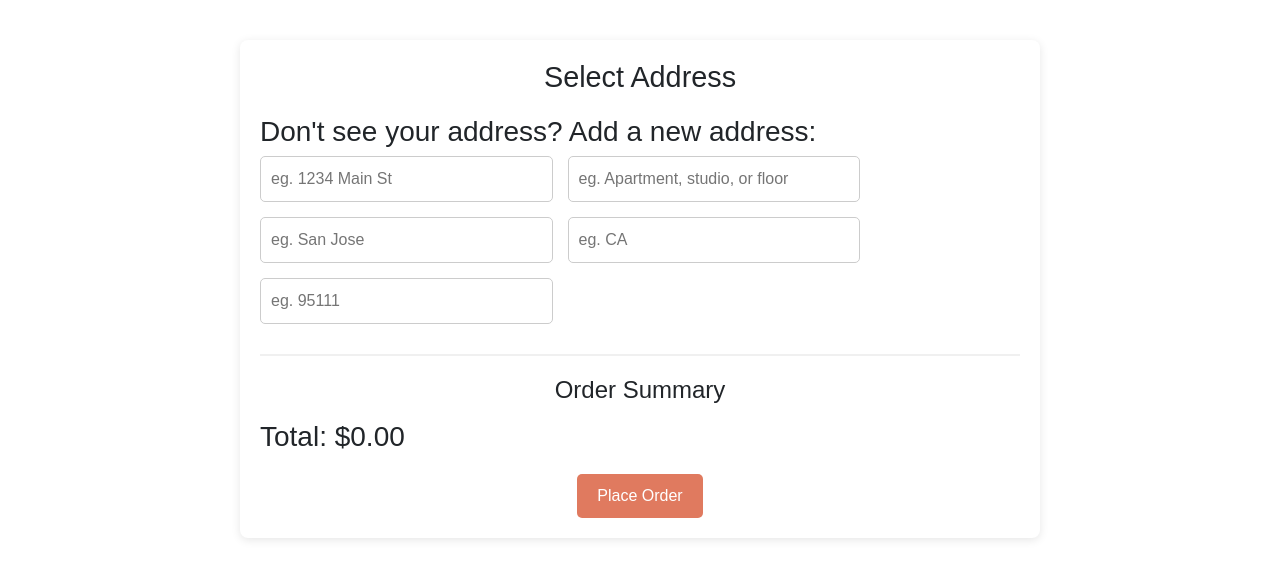
Repository: chelseajaculina/lab2-uber-eats
Page: /order (app in frontend/)
The author's editor kept a copy of each file at every save. The page is drawn from the files as they stood at one save, then again after a run of saves.
The browser window is 1280 px wide. The pictures show the whole page.
The page's requests for data from a server got no answer. The project was rebuilt for these pictures with package versions that can differ from the ones it lists, and the page was loaded fresh each time. No one was signed in, and anything a server would have sent is missing. Also part of the build but not shown: frontend/src/components/Home.css, frontend/src/components/Logout.css, frontend/src/components/Logout.js, frontend/src/components/CartModal.css, frontend/src/components/CartModal.js, frontend/src/components/NavBarHome.js, frontend/src/components/Home.js, frontend/src/components/CustomerSignUp.js and 25 more.

Above is the page before, as saved 2024-11-19 19:17:54.

### frontend/src/components/OrderPage.js
import React, { useState, useEffect } from 'react';
import { useLocation, useNavigate } from 'react-router-dom';
import './OrderPage.css';

const OrderPage = () => {
  const location = useLocation();
  const navigate = useNavigate();
  const cart = location.state?.cart || []; // Retrieve cart data from navigation state

  const [addresses, setAddresses] = useState([]);
  const [selectedAddress, setSelectedAddress] = useState('');
  const [isOrderPlaced, setIsOrderPlaced] = useState(false); // State to track if the order is placed

  const calculateTotal = () =>
    cart.reduce((total, item) => total + (parseFloat(item.price) || 0) * item.quantity, 0).toFixed(2);

  // Fetch saved addresses from the backend
  useEffect(() => {
    const fetchAddresses = async () => {
      try {
        const response = await fetch('/api/customers/addresses', {
          method: 'GET',
          headers: {
            'Content-Type': 'application/json',
            Authorization: `Bearer ${localStorage.getItem('token')}`, // Add token if needed
          },
        });

        if (response.ok) {
          const data = await response.json();
          setAddresses(data.addresses || []);
        } else {
          console.error('Failed to fetch addresses');
        }
      } catch (error) {
        console.error('Error fetching addresses:', error);
      }
    };

    fetchAddresses();
  }, []);

  const handlePlaceOrder = () => {
    // Simulate an API call to place the order
    setTimeout(() => {
      setIsOrderPlaced(true); // Set order placed to true
    }, 1000); // Simulate delay for API call
  };

  return (
    <div className="order-page">
      <h2>Select Address</h2>
      <h3>Don't see your address? Add a new address:</h3>
      <form className="new-address-form">
        <input type="text" name="street" placeholder="eg. 1234 Main St" />
        <input type="text" name="apartment" placeholder="eg. Apartment, studio, or floor" />
        <input type="text" name="city" placeholder="eg. San Jose" />
        <input type="text" name="state" placeholder="eg. CA" />
        <input type="text" name="zipcode" placeholder="eg. 95111" />
        {/* <button type="submit">Submit</button> */}
      </form>
      <div className="order-summary">
        <h2>Order Summary</h2>
        {cart.map((item) => (
          <div key={item.id} className="summary-item">
            <span>{item.name}</span>
            <span>Qty: {item.quantity}</span>
            <span>${(parseFloat(item.price) * item.quantity).toFixed(2)}</span>
          </div>
        ))}
        <h3>Total: ${calculateTotal()}</h3>
        {!isOrderPlaced && (
          <button className="place-order-button" onClick={handlePlaceOrder}>
            Place Order
          </button>
        )}
      </div>
      {isOrderPlaced && (
        <div className="confirmation-message">
          <h3>Congratulations!</h3>
          <p>
            Your order has been placed! Stay hungry, our delivery executive will
            be assigned shortly.
          </p>
          <button onClick={() => navigate('/orders')} className="dashboard-button">
            Go to Dashboard
          </button>
        </div>
      )}
    </div>
  );
};

export default OrderPage;

### frontend/src/components/SignUp.css
/* Shared container styling for login and signup */
.signup-container {
    display: flex;
    flex-direction: column;
    align-items: center;
    padding: 20px;
    width: 100%;
    background-color: #f7f7f7; /* Light gray background */
}

/* Shared header styling for both signup and login */
.signup-header {
    background-color: transparent;
    width: 100%;
    text-align: center;
    padding: 10px;
}

/* Brand title styling for consistency */
.brand-title {
    color: #000; /* Black color for "Uber" */
    font-size: 24px;
}

.brand-title span {
    color: #34a853; /* Green color for "Eats" */
}

/* Container to hold both forms side by side */
.signup-forms {
    display: flex;
    justify-content: space-between;
    width: 80%;
    max-width: 1200px;
    gap: 20px; /* Space between the two forms */
    margin-top: 20px;
}

/* Styling for each individual form container */
.form-container {
    flex: 1;
    background-color: white;
    padding: 20px;
    border-radius: 10px;
    box-shadow: 0 4px 10px rgba(0, 0, 0, 0.1);
    text-align: center;
}

/* Shared form styling for inputs and buttons */
.signup-form, .login-form {
    display: flex;
    flex-direction: column;
    width: 100%;
    margin-top: 20px;
}

.signup-form h2, h2 {
    text-align: center;
    font-size: 18px;
    margin-bottom: 10px;
    color: #333;
}

.signup-form input,  input {
    width: 100%;
    padding: 12px;
    margin: 8px 0;
    border-radius: 8px;
    border: 1px solid #ccc;
    font-size: 16px;
}

.continue-button {
    background-color: black;
    color: white;
    padding: 12px;
    border: none;
    border-radius: 8px;
    font-size: 16px;
    cursor: pointer;
    margin-top: 10px;
}

.divider {
    display: flex;
    align-items: center;
    text-align: center;
    margin: 20px 0;
}

.line {
    flex: 1;
    height: 1px;
    background-color: #ccc;
    border: none;
}



.google-button, .apple-button, .qr-code-button {
    display: flex;
    align-items: center;
    justify-content: center;
    background-color: #f5f5f5;
    color: black;
    padding: 12px;
    margin: 8px 0;
    border-radius: 8px;
    border: 1px solid #ccc;
    font-size: 16px;
    cursor: pointer;
}

.google-button img, .apple-button img, .qr-code-button img {
    width: 20px;
    height: 20px;
    margin-right: 10px;
}

.disclaimer {
    font-size: 12px;
    color: gray;
    text-align: center;
    margin-top: 10px;
    line-height: 1.5;
}

.link-button {
    color: #000;
    font-weight: bold;
    text-decoration: none;
    cursor: pointer;
    background: #000;  /* Remove default background */
    border: none;      /* Remove default border */
    padding: 0.5rem;   /* Optional padding to make it look button-like */
    color: #fff;
}

/* Responsive design for smaller screens */
@media (max-width: 768px) {
    .signup-forms {
        flex-direction: column;
        align-items: center;
    }

    .form-container {
        width: 100%;
        margin-bottom: 20px;
    }
}


/* Stretch buttons across form container */
.google-button, .apple-button, .qr-code-button {
    display: flex;
    align-items: center;
    justify-content: center;
    background-color: #f5f5f5;
    color: black;
    padding: 12px;
    margin: 8px 0;
    border-radius: 8px;
    border: 1px solid #ccc;
    font-size: 16px;
    cursor: pointer;
    width: 100%; /* Make buttons full width */
    max-width: 300px; /* Optional max-width to keep buttons from getting too wide */
}

/* Center the buttons within the form container */
.signup-form, .login-form {
    display: flex;
    flex-direction: column;
    align-items: center; /* Center all elements horizontally */
    width: 100%;
    margin-top: 20px;
}

/* Center the button icon */
.google-button .icon, .apple-button .icon, .qr-code-button .icon {
    margin-right: 10px;
    font-size: 20px;
}

### frontend/src/components/CustomerProfile.css
/* Main Container */
.dashboard-container {
    display: flex;
    font-family: Arial, sans-serif;
  }

  /* Sidebar */
  .sidebar {
    width: 250px;
    background-color: #000;
    color: #fff;
    padding: 20px;
    min-height: 100vh;
  }

  .sidebar h2 {
    font-size: 1.2em;
    margin-bottom: 20px;
    color: #fff;
  }

  .sidebar ul {
    list-style-type: none;
    padding: 0;
  }

  .sidebar ul li {
    padding: 15px 0;
    color: #ccc;
    cursor: pointer;
  }

  .sidebar ul li:hover,
  .sidebar ul li.active {
    color: #fff;
    background-color: #333;
    padding-left: 10px;
    border-radius: 5px;
  }

  /* Content Section */
  .content {
    flex: 1;
    padding: 40px;
  }

  .content h1 {
    font-size: 2em;
    font-weight: bold;
    margin-bottom: 20px;
  }

  /* Form Styling */
  form {
    display: flex;
    flex-direction: column;
    gap: 15px;
    max-width: 600px;
    margin-bottom: 30px;
  }

  form label {
    font-weight: bold;
    margin-bottom: 5px;
  }

  form input[type="text"],
  form input[type="date"],
  form input[type="email"],
  form input[type="tel"],
  form select {
    width: 100%;
    padding: 10px;
    border: 1px solid #ccc;
    border-radius: 5px;
  }

  form button {
    padding: 10px 15px;
    background-color: #28a745;
    color: #fff;
    border: none;
    border-radius: 5px;
    cursor: pointer;
  }

  form button:hover {
    background-color: #000;
  }

  /* Profile Picture Section */
  .profile-section {
    display: flex;
    align-items: center;
    gap: 10px;
    margin-bottom: 20px;
  }

  .profile-picture {
    width: 100px;
    height: 100px;
    border-radius: 75%;
    object-fit: cover;
    border: 1px solid #ccc;
  }

  .profile-picture-input {
    margin-top: 10px;
  }

  .profile-picture-btn {
    padding: 8px 12px;
    background-color: #28a745;
    color: #fff;
    border: none;
    border-radius: 5px;
    cursor: pointer;
    margin-top: 10px;
  }

  .profile-picture-btn:hover {
    background-color: #000000;
  }

  /* Favorites Section */
  .favorites-section {
    margin-top: 30px;
  }

  .favorites-section h2 {
    font-size: 1.5em;
    font-weight: bold;
    margin-bottom: 10px;
  }

  .favorites-section ul {
    list-style-type: none;
    padding: 0;
  }

  .favorites-section li {
    padding: 10px 0;
    border-bottom: 1px solid #eee;
  }

  /* Edit Icon Styling (optional) */
  .edit-icon {
    cursor: pointer;
    font-size: 1.2em;
    color: #007bff;
    background: #fff;
    border-radius: 50%;
    padding: 5px;
    border: 1px solid #007bff;
  }

### frontend/src/components/Welcome.css
/* General Reset */
* {
    margin: 0;
    padding: 0;
    box-sizing: border-box;
    font-family: Arial, Helvetica, sans-serif;
}

/* Container */
.landing-container {
    width: 100%;
    height: 100vh;
    background: url('/public/images/landing-bg.jpg') center/cover no-repeat;
    color: #000;
    display: flex;
    flex-direction: column;
    margin: 0;
    padding: 0;
}

/* Navigation Bar */
.navbar {
    display: flex;
    justify-content: space-between;
    align-items: center;
    padding: 1rem 2rem;
    background-color: transparent; /* Keep background transparent if desired */
    border-bottom: none; /* Ensure no bottom border */
    box-shadow: none; /* Ensure no shadow */
}


.navbar-left {
    display: flex;
    align-items: center;
    background-color: transparent;
}

.menu-button {
    font-size: 1.5rem;
    background: none;
    border: none;
    cursor: pointer;
    margin-right: 1rem;
    color: #000; /* White icon color */
}

.menu-button:focus {
    outline: none; /* Remove focus outline */
}

.brand-title {
    font-weight: bold;
    font-size: 1.5rem;
    color: #000;
}

.navbar-right {
    display: flex;
    align-items: center;
    background-color: transparent;
}

.navbar-right button {
    padding: 0.5rem 1rem;
    cursor: pointer;
    font-size: 1rem;
    margin-left: 1rem;
    border-radius: 5px;
    border: none; /* Ensure there is no border for solid button effect */
}

/* Log in Button - White with Black Border */
.login-button {
    background-color: #fff;          /* White background */
    color: #000;                     /* Black text */
    border: 1px solid #000;          /* Black border */
    border-radius: 5px;              /* Slightly rounded corners */
}

/* Sign up Button - Green with White Text */
.signup-button {
    background-color: #00ff80;  /* Green background */
    color: #fff;                     /* White text */
    border-radius: 5px;              /* Slightly rounded corners */
}

/* Hero Section */
.hero-section {
    display: flex;
    flex-direction: column;
    align-items: left;
    margin-top: 6rem;
    padding: 2rem;
    color: #000;
}

.hero-section h1 {
    font-size: 3rem;
    font-weight: bold;
    margin-bottom: 2rem;
}

/* Address Input Section */
.address-input-section {
    display: flex;
    align-items: center;
    gap: 1rem;
    width: 100%;
    max-width: 800px;
}

.input-box {
    display: flex;
    align-items: center;
    background: #fff;
    padding: 0.5rem;
    border-radius: 8px;
    flex-grow: 1;
    border: 1px solid #ddd;
}

.input-box .icon {
    margin-right: 0.5rem;
    color: #666;
}

.input-box input {
    border: none;
    outline: none;
    width: 100%;
    font-size: 1rem;
    padding: 0.5rem 0;
}

.delivery-time-dropdown {
    display: flex;
    align-items: center;
    background: #fff;
    padding: 0.5rem;
    border-radius: 8px;
    border: 1px solid #ddd;
}

.delivery-time-dropdown .icon {
    margin-right: 0.5rem;
    color: #666;
}

.delivery-time-dropdown select {
    border: none;
    outline: none;
    font-size: 1rem;
    background: transparent;
}

/* Search Button */
.search-button {
    background-color: #000;
    color: #fff;
    padding: 0.75rem 1.5rem;
    border: none;
    cursor: pointer;
    border-radius: 8px;
    font-weight: bold;
}

/* Sign In Link */
.signin-link {
    margin-top: 1rem;
    font-size: 1rem;
    color: #666;
}

.signin-link a {
    color: #000;
    font-weight: bold;
    text-decoration: none;
}

.signin-link a:hover {
    text-decoration: underline;
}

.link-button {
    color: #000;
    font-weight: bold;
    text-decoration: none;
    cursor: pointer;
    background: none;  /* Remove default background */
    border: none;      /* Remove default border */
    padding: 0.5rem;   /* Optional padding to make it look button-like */
}

.link-button:hover {
    text-decoration: underline; /* Add underline on hover */
}

### frontend/src/components/RestaurantProfile.css
/* Main Container */
.dashboard-container {
    display: flex;
    font-family: Arial, sans-serif;
  }

  /* Sidebar */
  .sidebar {
    width: 250px;
    background-color: #000;
    color: #fff;
    padding: 20px;
    min-height: 100vh;
  }

  .sidebar h2 {
    font-size: 1.2em;
    margin-bottom: 20px;
    color: #fff;
  }

  .sidebar ul {
    list-style-type: none;
    padding: 0;
  }

  .sidebar ul li {
    padding: 15px 0;
    color: #ccc;
    cursor: pointer;
  }

  .sidebar ul li:hover,
  .sidebar ul li.active {
    color: #fff;
    background-color: #333;
    padding-left: 10px;
    border-radius: 5px;
  }

  /* Content Section */
  .content {
    flex: 1;
    padding: 40px;
  }

  .content h1 {
    font-size: 2em;
    font-weight: bold;
    margin-bottom: 20px;
  }

  /* Form Styling */
  form {
    display: flex;
    flex-direction: column;
    gap: 15px;
    max-width: 600px;
    margin-bottom: 30px;
  }

  form label {
    font-weight: bold;
    margin-bottom: 5px;
  }

  form input[type="text"],
  form input[type="date"],
  form input[type="email"],
  form input[type="tel"],
  form select {
    width: 100%;
    padding: 10px;
    border: 1px solid #ccc;
    border-radius: 5px;
  }

  form button {
    padding: 10px 15px;
    background-color: #28a745;
    color: #fff;
    border: none;
    border-radius: 5px;
    cursor: pointer;
  }

  form button:hover {
    background-color: #000;
  }

  /* Profile Picture Section */
  .profile-section {
    display: flex;
    align-items: center;
    gap: 10px;
    margin-bottom: 20px;
  }

  .profile-picture {
    width: 100px;
    height: 100px;
    border-radius: 75%;
    object-fit: cover;
    border: 1px solid #ccc;
  }

  .profile-picture-input {
    margin-top: 10px;
  }

  .profile-picture-btn {
    padding: 8px 12px;
    background-color: #28a745;
    color: #fff;
    border: none;
    border-radius: 5px;
    cursor: pointer;
    margin-top: 10px;
  }

  .profile-picture-btn:hover {
    background-color: #000000;
  }

  /* Favorites Section */
  .favorites-section {
    margin-top: 30px;
  }

  .favorites-section h2 {
    font-size: 1.5em;
    font-weight: bold;
    margin-bottom: 10px;
  }

  .favorites-section ul {
    list-style-type: none;
    padding: 0;
  }

  .favorites-section li {
    padding: 10px 0;
    border-bottom: 1px solid #eee;
  }

  /* Edit Icon Styling (optional) */
  .edit-icon {
    cursor: pointer;
    font-size: 1.2em;
    color: #007bff;
    background: #fff;
    border-radius: 50%;
    padding: 5px;
    border: 1px solid #007bff;
  }

### frontend/src/components/RestaurantMenu.css
/* General Reset */
* {
  margin: 0;
  padding: 0;
  box-sizing: border-box;
  font-family: Arial, Helvetica, sans-serif;
}

/* Container for the entire menu section */
.restaurant-menu {
  width: 100%;
  padding: 20px;
  display: flex;
  flex-direction: column;
  align-items: center;
  background-color: #f5f5f5;
}

/* Title of the menu */
.menu-title {
  font-size: 2rem;
  margin-bottom: 20px;
  color: #333;
}

/* Section for the add dish button */
.add-dish-section {
  width: 100%;
  display: flex;
  justify-content: center;
  margin-bottom: 20px;
}

.add-dish-button {
  padding: 10px 20px;
  font-size: 1rem;
  background-color: black;
  color: white;
  border: none;
  border-radius: 5px;
  cursor: pointer;
  transition: background-color 0.3s;
}

.add-dish-button:hover {
  background-color: #333;
}

/* Dishes list */
.dishes-list {
  width: 100%;
  display: flex;
  flex-wrap: wrap;
  justify-content: center;
  gap: 20px;
}

/* Individual dish card */
.dish-card {
  background-color: white;
  width: 250px;
  padding: 10px;
  border-radius: 10px;
  box-shadow: 0 4px 8px rgba(0, 0, 0, 0.1);
  text-align: center;
  display: flex;
  flex-direction: column;
  align-items: center;
}

.dish-image {
  width: 100%;
  height: 180px;
  object-fit: cover;
  border-radius: 10px;
  margin-bottom: 10px;
}

.dish-card h3 {
  font-size: 1.2rem;
  color: #333;
}

.dish-card p {
  font-size: 0.9rem;
  color: #555;
}

.dish-card strong {
  color: #000;
}

/* Modal overlay */
.modal-overlay {
  position: fixed;
  top: 0;
  left: 0;
  width: 100%;
  height: 100%;
  background-color: rgba(0, 0, 0, 0.5);
  display: flex;
  justify-content: center;
  align-items: center;
}

/* Modal content */
.modal-content {
  background-color: white;
  padding: 20px;
  width: 400px;
  border-radius: 10px;
  box-shadow: 0 4px 8px rgba(0, 0, 0, 0.2);
}

.modal-content h2 {
  font-size: 1.5rem;
  margin-bottom: 20px;
  color: #333;
}

.dish-form {
  display: flex;
  flex-direction: column;
  gap: 10px;
}

.dish-form input,
.dish-form select,
.dish-form textarea {
  padding: 10px;
  font-size: 1rem;
  border: 1px solid #ccc;
  border-radius: 5px;
  width: 100%;
  box-sizing: border-box;
}

.dish-form textarea {
  resize: vertical;
  height: 100px;
}

.form-buttons {
  display: flex;
  justify-content: space-between;
}

.save-button {
  background-color: #00cc66;
  color: white;
  padding: 10px 20px;
  border: none;
  border-radius: 5px;
  cursor: pointer;
  transition: background-color 0.3s;
}

.save-button:hover {
  background-color: #00a653;
}

.cancel-button {
  background-color: #ccc;
  color: #333;
  padding: 10px 20px;
  border: none;
  border-radius: 5px;
  cursor: pointer;
  transition: background-color 0.3s;
}

.cancel-button:hover {
  background-color: #bbb;
}

/* Price input styling */
.price-input {
  display: flex;
  align-items: center;
}

.price-input span {
  margin-right: 10px;
  font-size: 1rem;
  color: #333;
}

/* Loading message */
.loading {
  text-align: center;
  font-size: 1.2rem;
  color: #333;
}

### frontend/src/components/OrderPage.css
.order-page {
    max-width: 800px;
    margin: 40px auto;
    background-color: white;
    padding: 20px;
    border-radius: 8px;
    box-shadow: 0 2px 10px rgba(0, 0, 0, 0.1);
  }

  .order-page h2 {
    font-size: 1.8rem;
    margin-bottom: 20px;
    text-align: center;
  }

  .address-dropdown {
    width: 100%;
    padding: 10px;
    border: 1px solid #ccc;
    border-radius: 5px;
    margin-bottom: 20px;
  }

  .new-address-form {
    display: grid;
    grid-template-columns: 1fr 1fr;
    gap: 15px;
    margin-bottom: 20px;
  }

  .new-address-form input {
    width: 100%;
    padding: 10px;
    border: 1px solid #ccc;
    border-radius: 5px;
  }

  .new-address-form button {
    grid-column: span 2;
    background-color: #3d5a80;
    color: white;
    border: none;
    padding: 10px;
    border-radius: 5px;
    cursor: pointer;
  }

  .new-address-form button:hover {
    opacity: 0.9;
  }

  .order-summary {
    margin-top: 30px;
    border-top: 2px solid #f0f0f0;
    padding-top: 20px;
  }

  .order-summary h2 {
    font-size: 1.5rem;
    margin-bottom: 15px;
  }

  .summary-item {
    display: flex;
    justify-content: space-between;
    padding: 10px 0;
    border-bottom: 1px solid #f0f0f0;
  }

  .summary-item:last-child {
    border-bottom: none;
  }

  .place-order-button {
    background-color: #e07a5f;
    color: white;
    border: none;
    padding: 10px 20px;
    border-radius: 5px;
    cursor: pointer;
    display: block;
    margin: 20px auto 0;
    font-size: 1rem;
  }

  .place-order-button:hover {
    opacity: 0.9;
  }

  .confirmation-message {
    margin-top: 20px;
    padding: 20px;
    border: 1px solid #d4edda;
    background-color: #d4edda;
    color: #155724;
    border-radius: 5px;
    text-align: center;
  }

  .dashboard-button {
    margin-top: 10px;
    padding: 10px 20px;
    background-color: #007bff;
    color: white;
    border: none;
    border-radius: 5px;
    cursor: pointer;
  }

  .dashboard-button:hover {
    opacity: 0.9;
  }

Loaded but not shown: frontend/public/index.html (common file); frontend/src/App.js (86 lines, source omitted); frontend/src/contexts/CartContext.js (42 lines, source omitted); frontend/src/index.js (14 lines, source omitted); frontend/src/components/NavBar.css (372 lines, source omitted); frontend/src/components/NavBarBusiness.css (260 lines, source omitted)

After the next 5 saves:
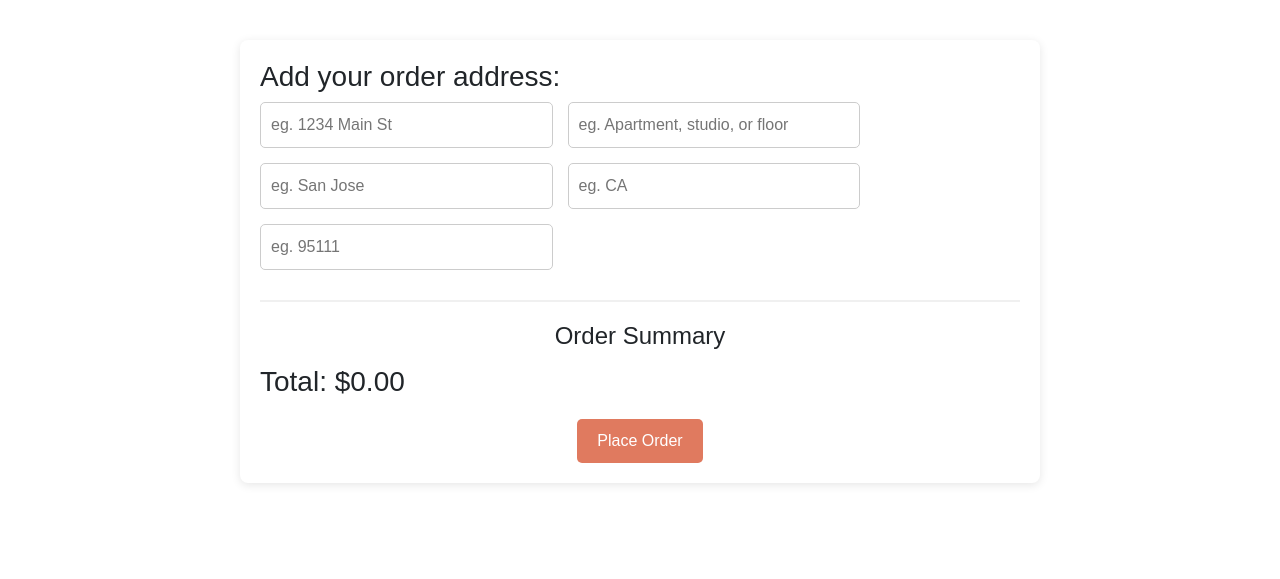
The 5 saves are shown as one change because they came seconds apart.
The last was saved 21 s later.
--- a/frontend/src/components/OrderPage.js
+++ b/frontend/src/components/OrderPage.js
@@ -49,8 +49,7 @@ const OrderPage = () => {
 
   return (
     <div className="order-page">
-      <h2>Select Address</h2>
-      <h3>Don't see your address? Add a new address:</h3>
+   <h3> Add your order address:</h3>
       <form className="new-address-form">
         <input type="text" name="street" placeholder="eg. 1234 Main St" />
         <input type="text" name="apartment" placeholder="eg. Apartment, studio, or floor" />
